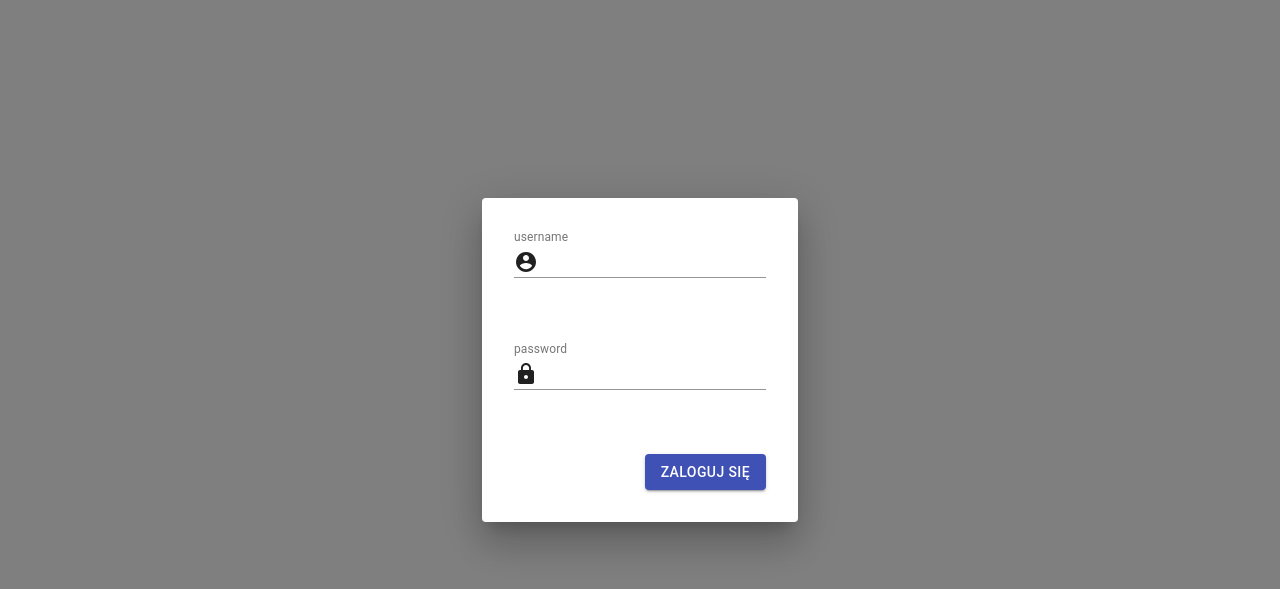
Repository: pgruca96/HappitsChanger
Page: /
These files come from the project's save history. The page is drawn as it stood at one moment and after the next save; the edit follows.
The browser window is 1280 px wide. The pictures show the whole page.
The project was rebuilt for these pictures with package versions that can differ from the ones it lists, and the page was loaded fresh each time. Also part of the build but not shown: src/App.css.

Above is the page before, as saved 2020-10-24 00:12:37.

After the next save:
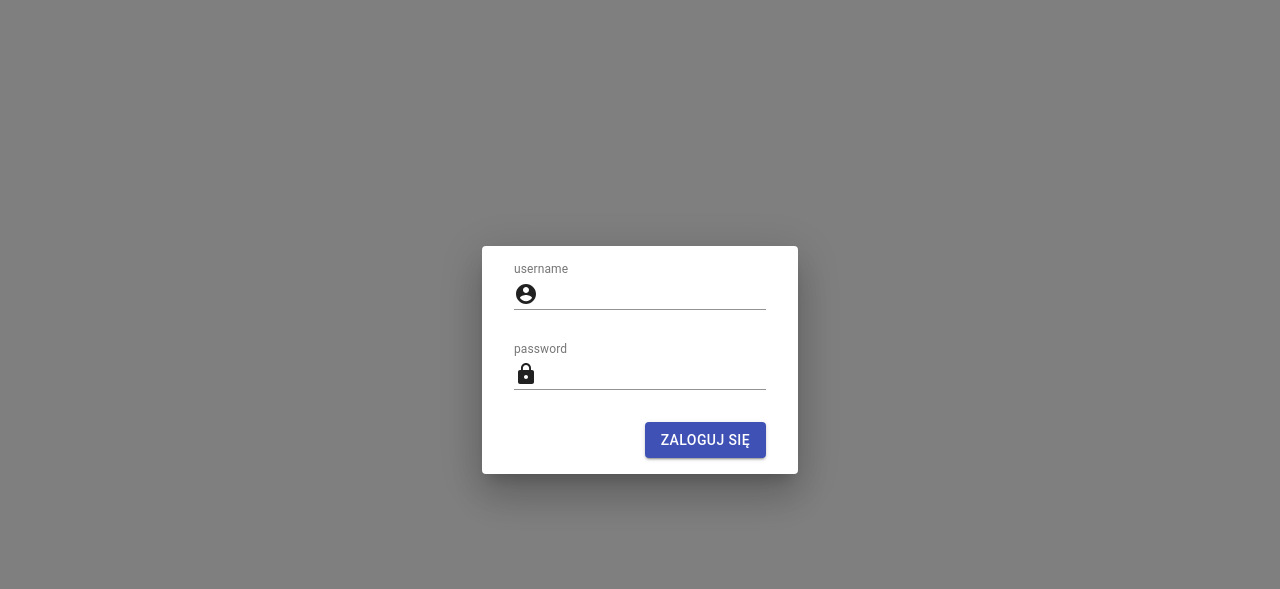
Saved 110 s later.
--- a/src/styles/Form.js
+++ b/src/styles/Form.js
@@ -8,6 +8,6 @@ export const useStyles = makeStyles((theme) => ({
     minHeight: "150px",
   },
   margin: {
-    margin: theme.spacing(4),
+    margin: theme.spacing(2, 4),
   },
 }));
